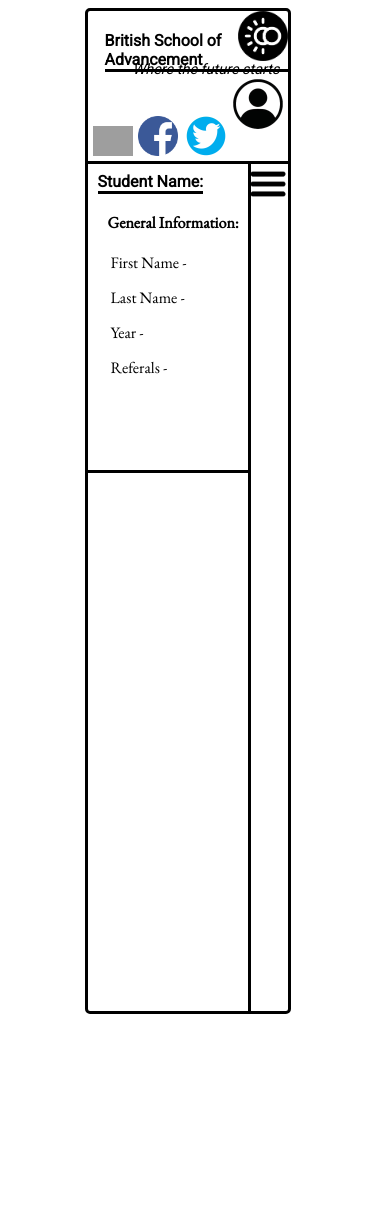
Repository: ghend99/School-app
Page: index.html
These files come from the project's save history. The page is drawn as it stood at one moment and after the next save; the edit follows.
The browser window is 375 px wide. The page is 386 px wide, so the pictures cover 386 px, including what lies to the right of the window. The pictures show the whole page.
Pictures or frames that could not be fetched are drawn as grey boxes.

Above is the page before, as saved 2023-05-25 07:42:39.

After the next save:
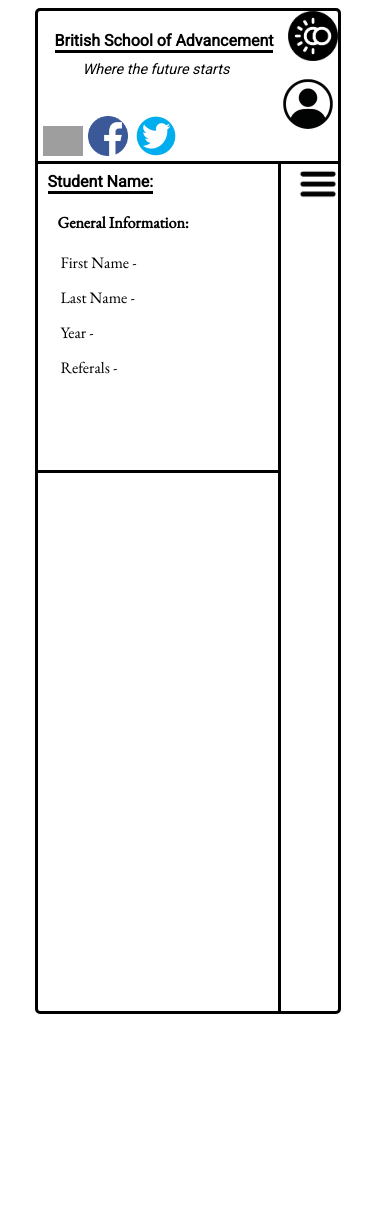
Saved 9 s later.
--- a/style.css
+++ b/style.css
@@ -749,7 +749,7 @@ input {
 @media screen and (min-width: 0) and (max-width: 425px) {
   #main-container {
     top: 0;
-    min-width: 200px;
+    min-width: 300px;
   }
 }
 
